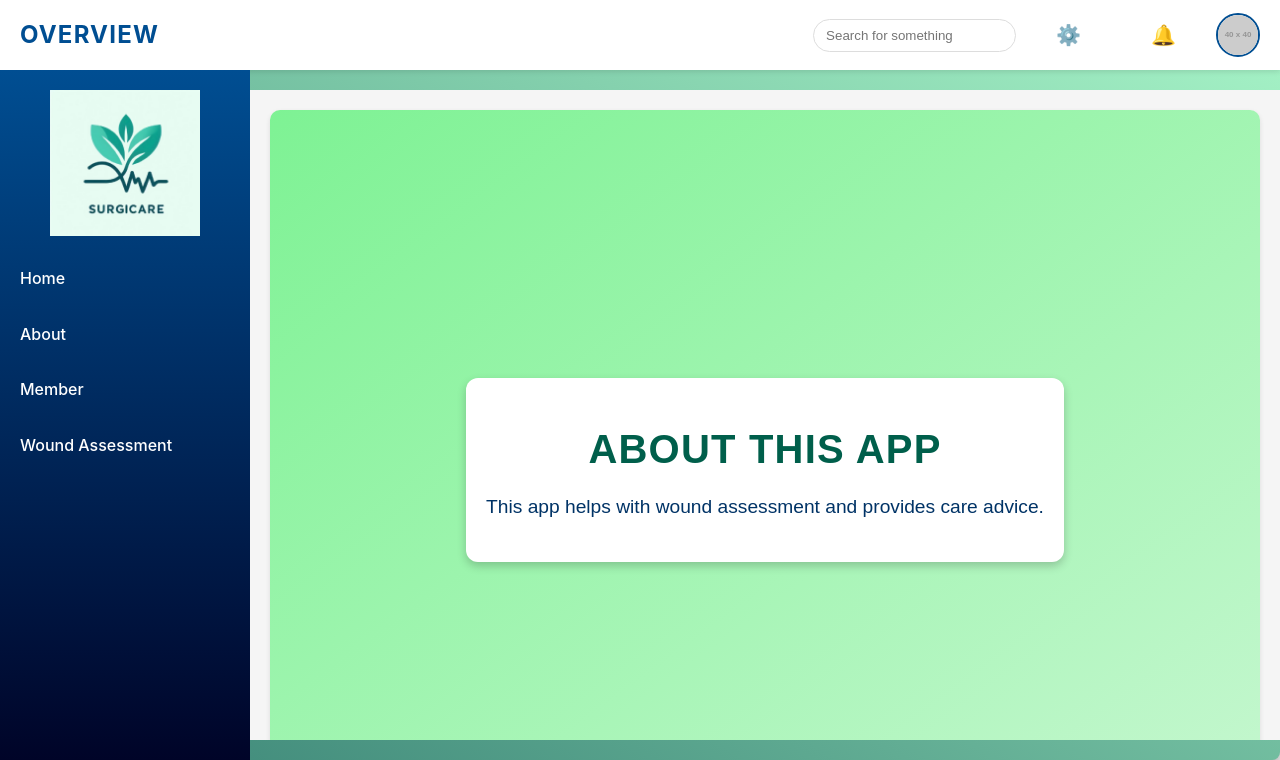
Repository: Jinwoo290350/Surgicare-Vue
Page: /about (app in surgicare/)
An editor plug-in stored every save of this project. The page is shown before and after the next save, followed by the edit.
The browser window is 1280 px wide. The pictures show the whole page.
The project was rebuilt for these pictures with package versions that can differ from the ones it lists, and the page was loaded fresh each time. Also part of the build but not shown: surgicare/vite.config.js, surgicare/src/views/Home.vue, surgicare/src/views/Member.vue, surgicare/src/components/WoundAssessment.vue.

Above is the page before, as saved 2024-12-30 20:39:05.
Console error: TypeError: Cannot read properties of null (reading 'getContext')

After the next save:
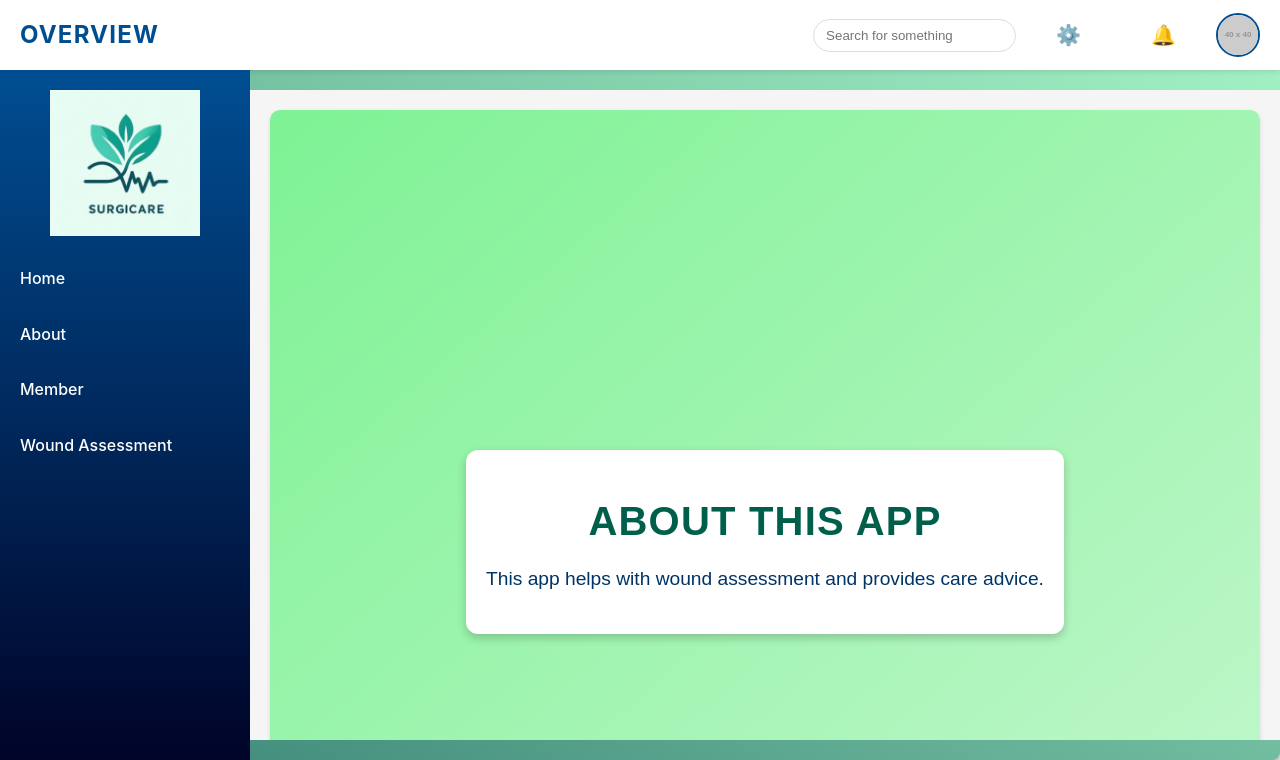
Saved 115 s later.
--- a/surgicare/src/views/About.vue
+++ b/surgicare/src/views/About.vue
@@ -18,12 +18,12 @@
   display: flex;
   justify-content: center;
   align-items: center;
-  height: 100vh; /* Full height for viewport */
+  height: 120vh; /* Full height for viewport */
   background: linear-gradient(to bottom right, #7ef294, #c6f7d0); /* Subtle gradient */
   font-family: 'Arial', sans-serif;
   text-align: center;
   box-sizing: border-box;
-  padding: 20px;
+  padding: 0px;
 }
 
 .content {

After the save that followed:
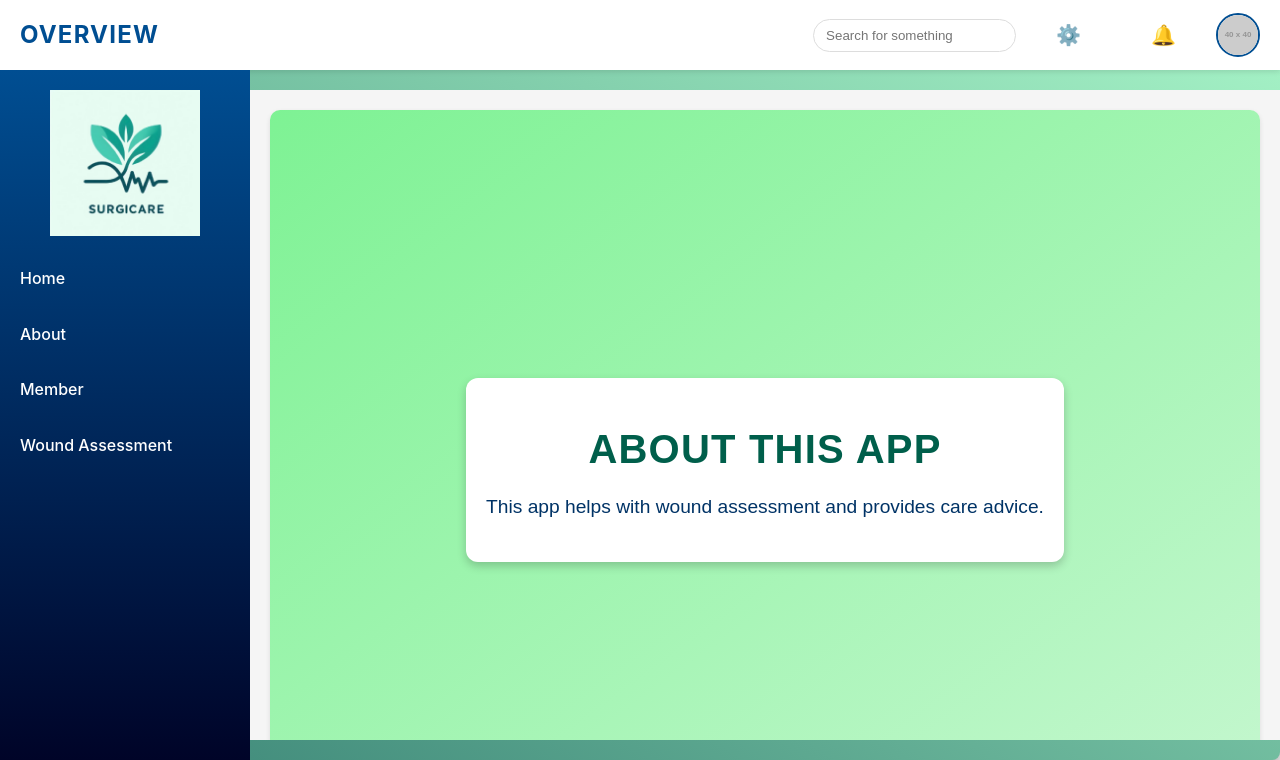
Saved 12 s later.
--- a/surgicare/src/views/About.vue
+++ b/surgicare/src/views/About.vue
@@ -18,12 +18,12 @@
   display: flex;
   justify-content: center;
   align-items: center;
-  height: 120vh; /* Full height for viewport */
+  height: 100vh; /* Full height for viewport */
   background: linear-gradient(to bottom right, #7ef294, #c6f7d0); /* Subtle gradient */
   font-family: 'Arial', sans-serif;
   text-align: center;
   box-sizing: border-box;
-  padding: 0px;
+  padding: 20px;
 }
 
 .content {
